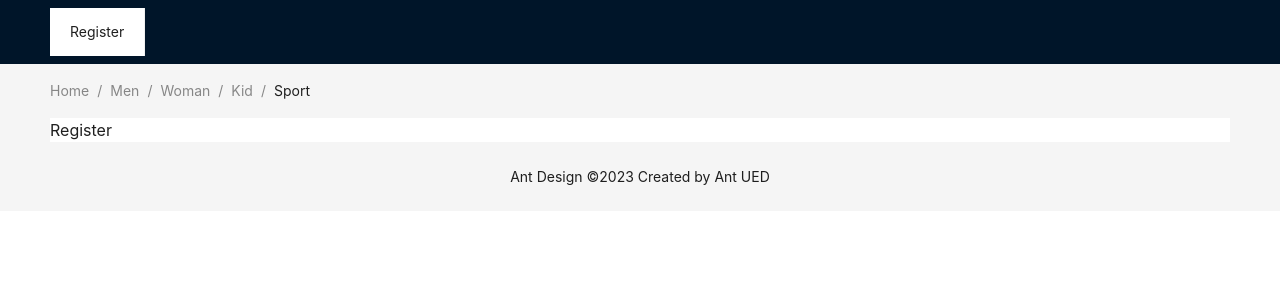
Repository: KhoiNguyen77/react-capstone
Page: /register
An editor plug-in stored every save of this project. The page is shown before and after the next save, followed by the edit.
The browser window is 1280 px wide. The pictures show the whole page.
The project was rebuilt for these pictures with package versions that can differ from the ones it lists, and the page was loaded fresh each time.

Above is the page before, as saved 2023-06-15 11:29:32.

After the next save:
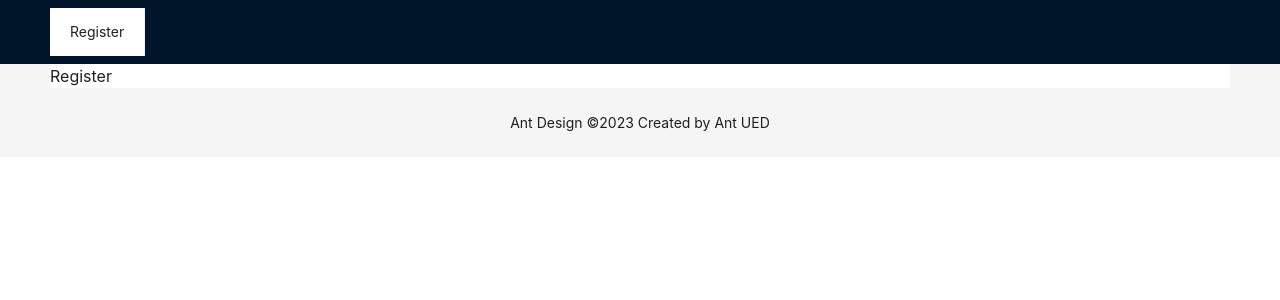
Saved 2 min 39 s later.
--- a/src/Template/HomeTemplate.jsx
+++ b/src/Template/HomeTemplate.jsx
@@ -34,17 +34,6 @@
                 }}
 
             >
-                <Breadcrumb
-                    style={{
-                        margin: '16px 0',
-                    }}
-                >
-                    <Breadcrumb.Item>Home</Breadcrumb.Item>
-                    <Breadcrumb.Item>Men</Breadcrumb.Item>
-                    <Breadcrumb.Item>Woman</Breadcrumb.Item>
-                    <Breadcrumb.Item>Kid</Breadcrumb.Item>
-                    <Breadcrumb.Item>Sport</Breadcrumb.Item>
-                </Breadcrumb>
                 <div
                     className="site-layout-content"
                     style={{
